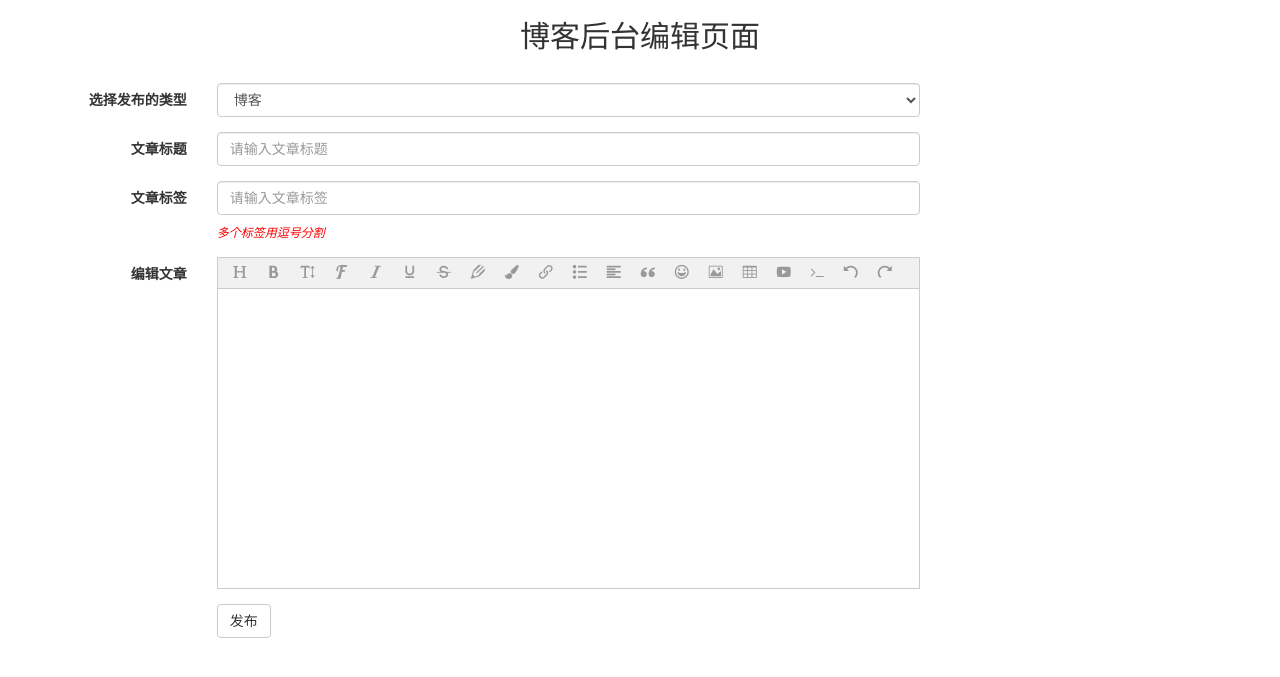
Repository: li1214/my_blog
Page: page/editor_blog_everyday.html
These files come from the project's save history. The page is drawn as it stood at one moment and after the next save; the edit follows.
The browser window is 1280 px wide. The pictures show the whole page.

Above is the page before, as saved 2019-01-07 10:34:54.

After the next save:
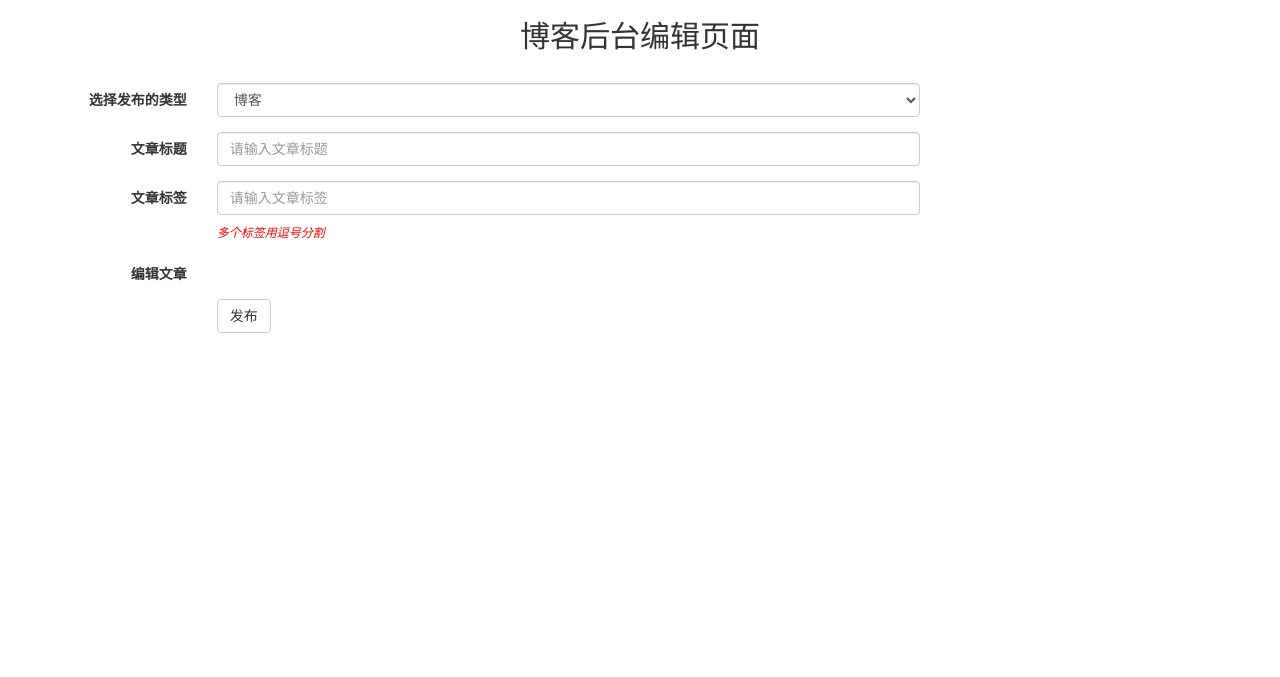
Saved 95 s later.
--- a/page/editor_blog_everyday.html
+++ b/page/editor_blog_everyday.html
@@ -6,7 +6,7 @@
     <meta http-equiv="X-UA-Compatible" content="ie=edge">
     <title>博客编辑发布</title>
     <link rel='stylesheet'  href='./css/bootstrap-theme.min.css'>
-    <script src="./js/wangEditor.min.js"></script>
+    <!-- <script src="./js/wangEditor.min.js"></script> -->
     <script src='./js/vue.js'></script>
     <script src='./js/axios.min.js'></script>
 </head>
